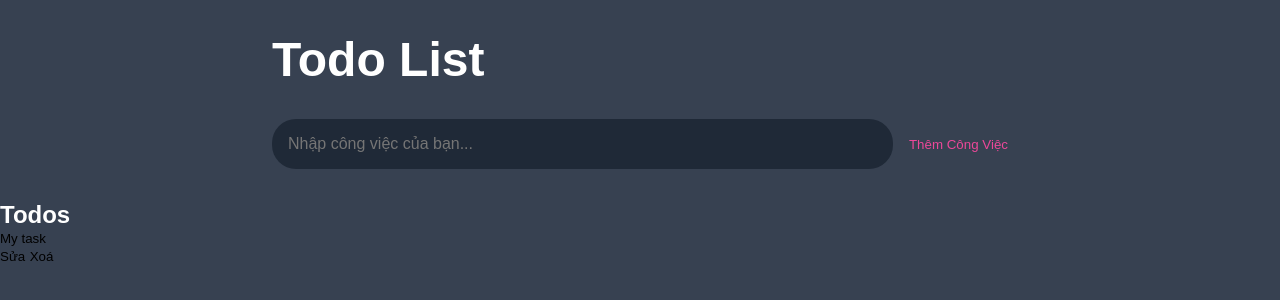
Repository: ntheanh/Todo-List
Page: index.html
An editor plug-in stored every save of this project. The page is shown before and after the next save, followed by the edit.
The browser window is 1280 px wide. The pictures show the whole page.
The style sheet was rebuilt from its Sass, Less or Tailwind sources for each picture, by a compiler version that may differ from the author's.

Above is the page before, as saved 2023-03-15 22:42:54.

After the next save:
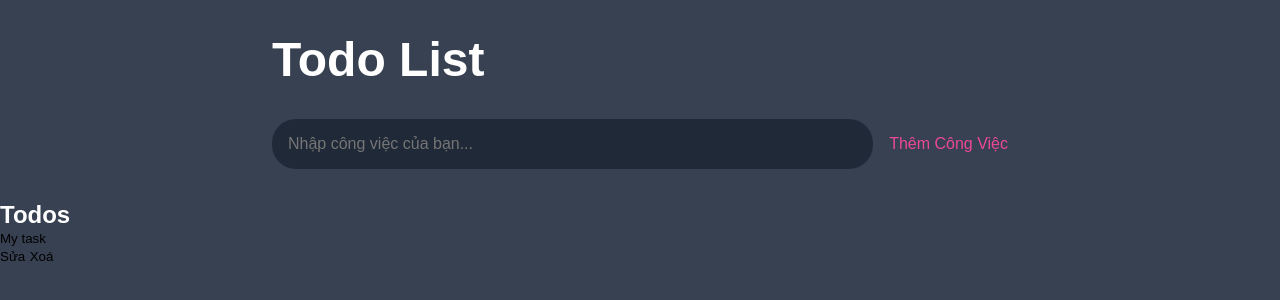
Saved 9 s later.
--- a/style.scss
+++ b/style.scss
@@ -57,4 +57,5 @@ button {
 }
 #new-todo-submit {
   color: var(--pink);
+  font-size: 1rem;
 }
